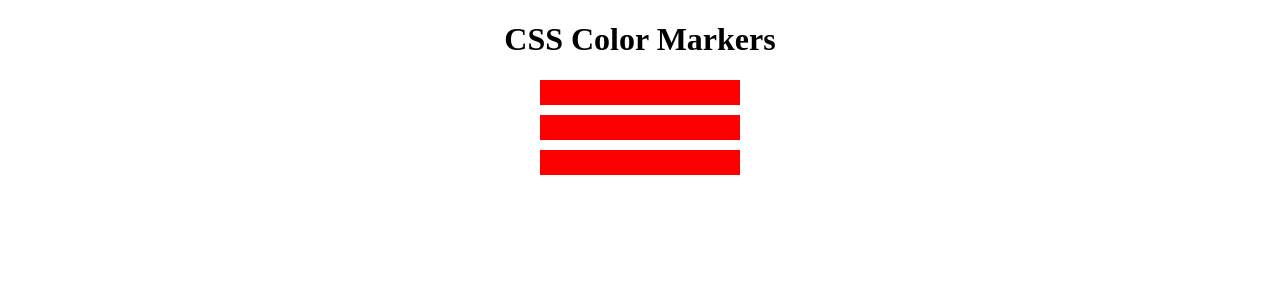
Repository: AimenDje/ColoredMarkers
Page: index.html
An editor plug-in stored every save of this project. The page is shown before and after the next save, followed by the edit.
The browser window is 1280 px wide. The pictures show the whole page.

Above is the page before, as saved 2025-05-08 01:03:25.

### index.html
<!DOCTYPE html>
<html lang="en">
    <head>
        <meta charset="utf-8">
        <meta name="viewport" content="width=device-width, initial-scale=1.0">
        <link rel="stylesheet" href="styles.css">
        <title>Colored Markers</title>
    </head>
    <body>
        <h1>CSS Color Markers</h1>
        <div class="container">
            <div class="marker one">
            </div>
            <div class="marker">
            </div>
            <div class="marker">
            </div>
        </div>
      </body>
</html>

### styles.css
h1 {
    text-align:center;
}

.marker {
    width: 200px;
    height: 25px;
    background-color: red;
    margin: 10px auto;
  }

After the next save:
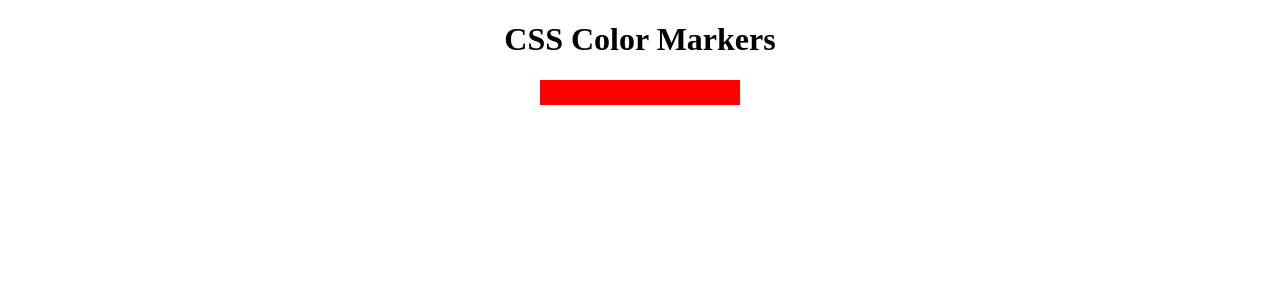
Saved 2 min 6 s later.
--- a/styles.css
+++ b/styles.css
@@ -5,6 +5,9 @@ h1 {
 .marker {
     width: 200px;
     height: 25px;
-    background-color: red;
     margin: 10px auto;
   }
+
+.one {
+    background-color:red;
+}
